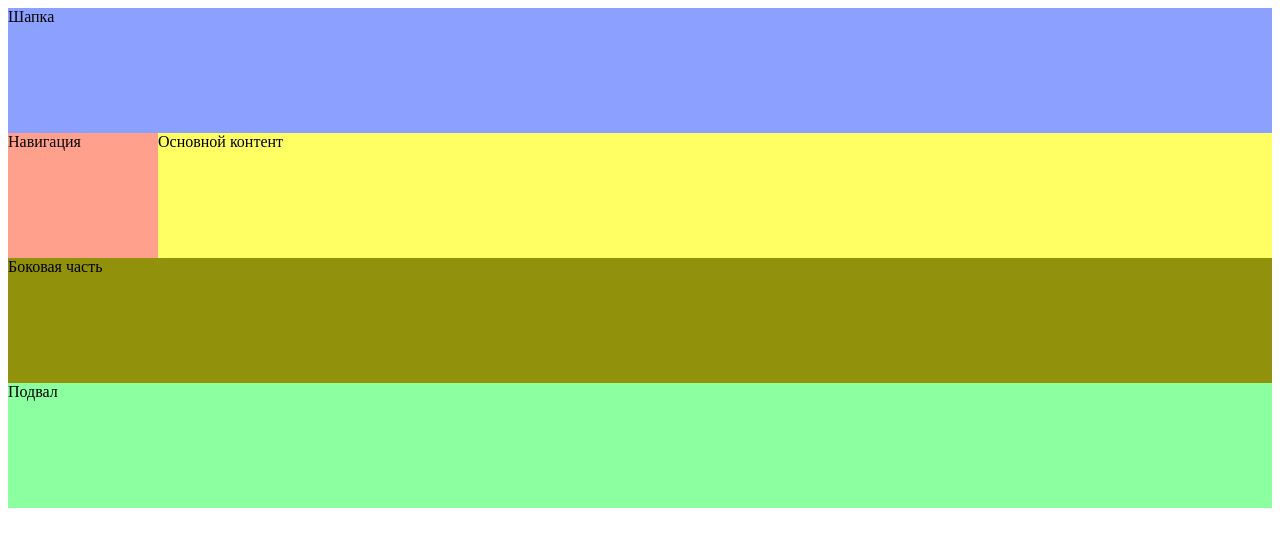
Repository: IrinaGetmanenko/week6
Page: tables.html
These files come from the project's save history. The page is drawn as it stood at one moment and after the next save; the edit follows.
The browser window is 1280 px wide. The pictures show the whole page.

Above is the page before, as saved 2022-09-02 13:22:57.

### tables.html
<!DOCTYPE html>
<html lang="en">
<head>
    <meta charset="UTF-8">
    <meta http-equiv="X-UA-Compatible" content="IE=edge">
    <meta name="viewport" content="width=device-width, initial-scale=1.0">
    <title>Document</title>
</head>
<style>




.page {
  display: grid;
  width: 100%;
  height: 500px;
  grid-template-areas: "head head"
                       "nav  main "
                       "aside aside "
                       "foot  foot";
  grid-template-rows: 50px 1fr 30 px;
  grid-template-columns: 150px 1fr ;
}

.page > header {
  grid-area: head;
  background-color: #8ca0ff;
}

.page > nav {
  grid-area: nav;
  background-color: #ffa08c;
}

.page > main {
  grid-area: main;
  background-color: #ffff64;
}

.page > aside {
  grid-area: aside;
  background-color: #91910b;
}

.page > footer {
  grid-area: foot;
  background-color: #8cffa0;
}



</style>
<body>


    <div class="page">
        <header>Шапка</header>
        <nav>Навигация</nav>
        <main>Основной контент</main>
        <aside>Боковая часть</aside>
        <footer>Подвал</footer>
      </div>




</body>
</html>

After the next save:
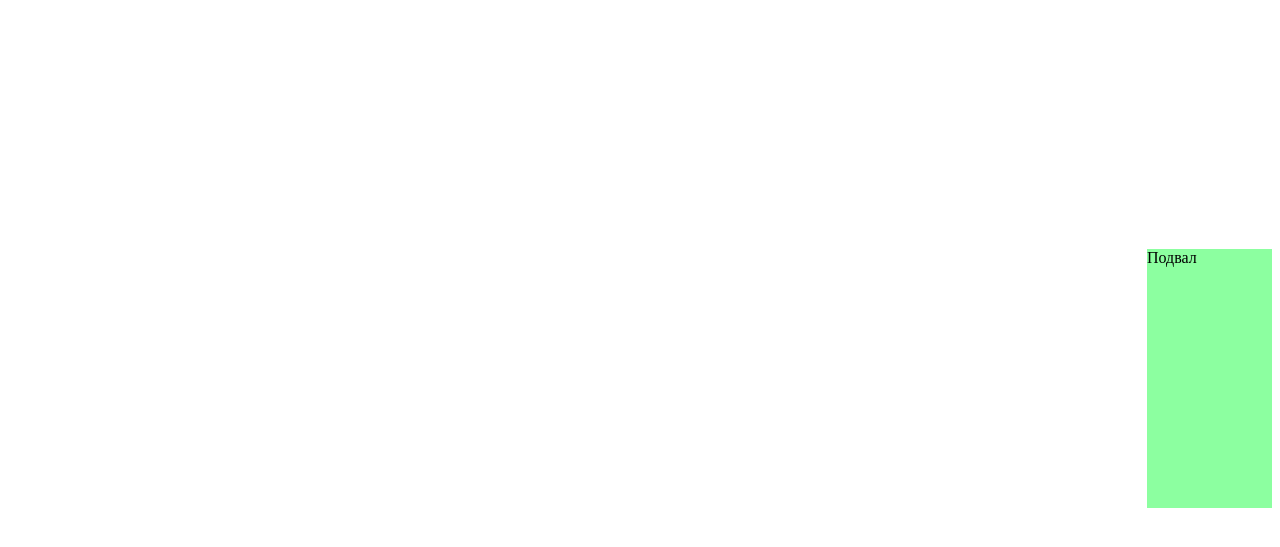
Saved 30 s later.
--- a/tables.html
+++ b/tables.html
@@ -17,7 +17,7 @@
   height: 500px;
   grid-template-areas: "head head"
                        "nav  main "
-                       "aside aside "
+                       "nav  main  aside "
                        "foot  foot";
   grid-template-rows: 50px 1fr 30 px;
   grid-template-columns: 150px 1fr ;

After the 2 saves that followed:
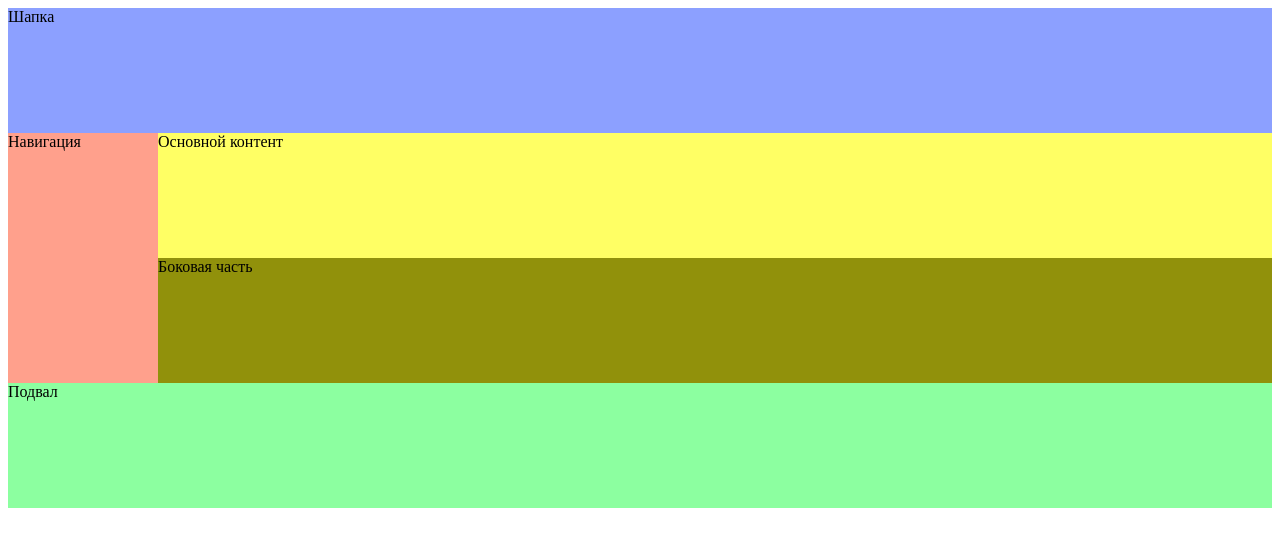
The 2 saves are shown as one change because 1 left the picture as it was.
The last was saved 22 s later.
--- a/tables.html
+++ b/tables.html
@@ -17,7 +17,7 @@
   height: 500px;
   grid-template-areas: "head head"
                        "nav  main "
-                       "nav  main  aside "
+                       "nav   aside "
                        "foot  foot";
   grid-template-rows: 50px 1fr 30 px;
   grid-template-columns: 150px 1fr ;
